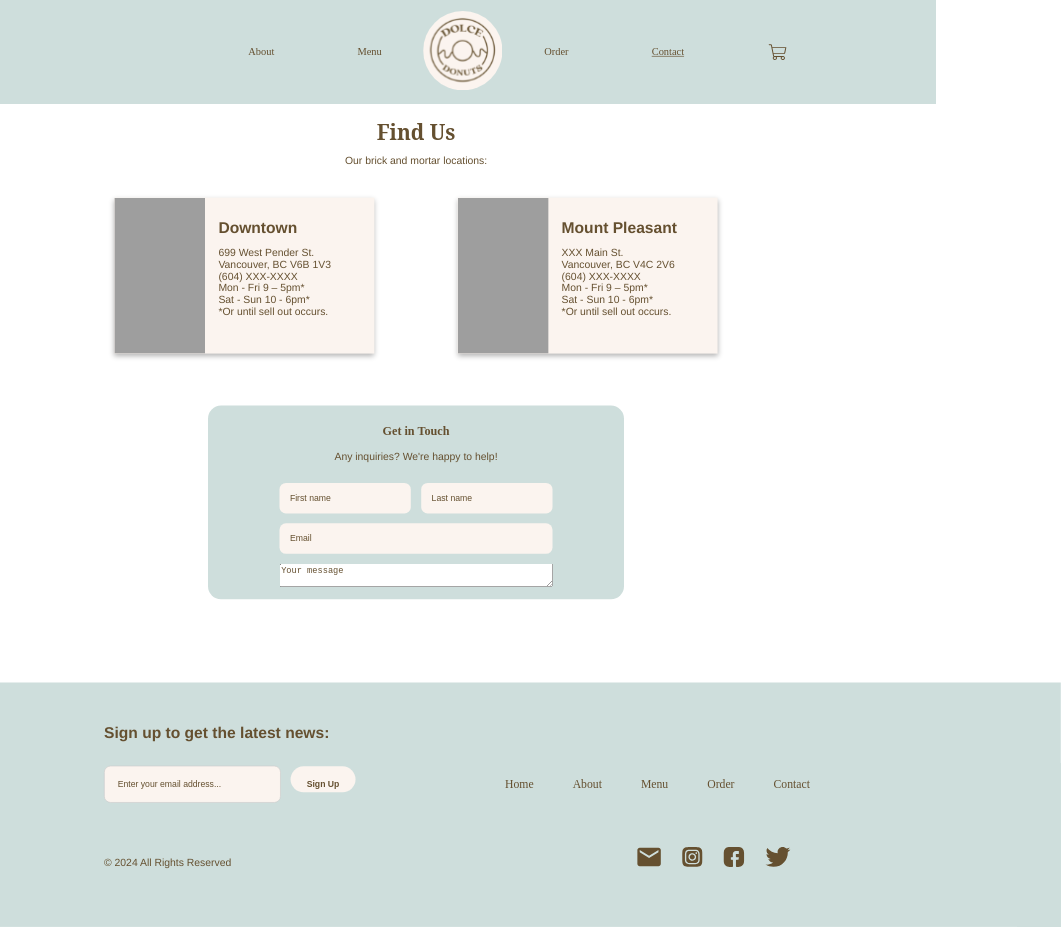
Repository: Crystalhtc/dolcedonuts
Page: /contact
These files come from the project's save history. The page is drawn as it stood at one moment and after a run of saves; the edit follows.
The browser window is 1280 px wide. The page is 1632 px wide, so the pictures cover 1632 px, including what lies to the right of the window. The pictures show the whole page, at 65% of full size.
Pictures or frames that could not be fetched are drawn as grey boxes. The project was rebuilt for these pictures with package versions that can differ from the ones it lists, and the page was loaded fresh each time. Also part of the build but not shown: vite.config.js, src/pages/Home.module.css, src/pages/Home.jsx, src/components/ProductCard/ProductCard.jsx, src/Data/products.js, src/pages/Order.css, src/pages/Menu.jsx, src/pages/Order.jsx and 13 more.

Above is the page before, as saved 2024-10-20 15:35:08.

After the next 2 saves:
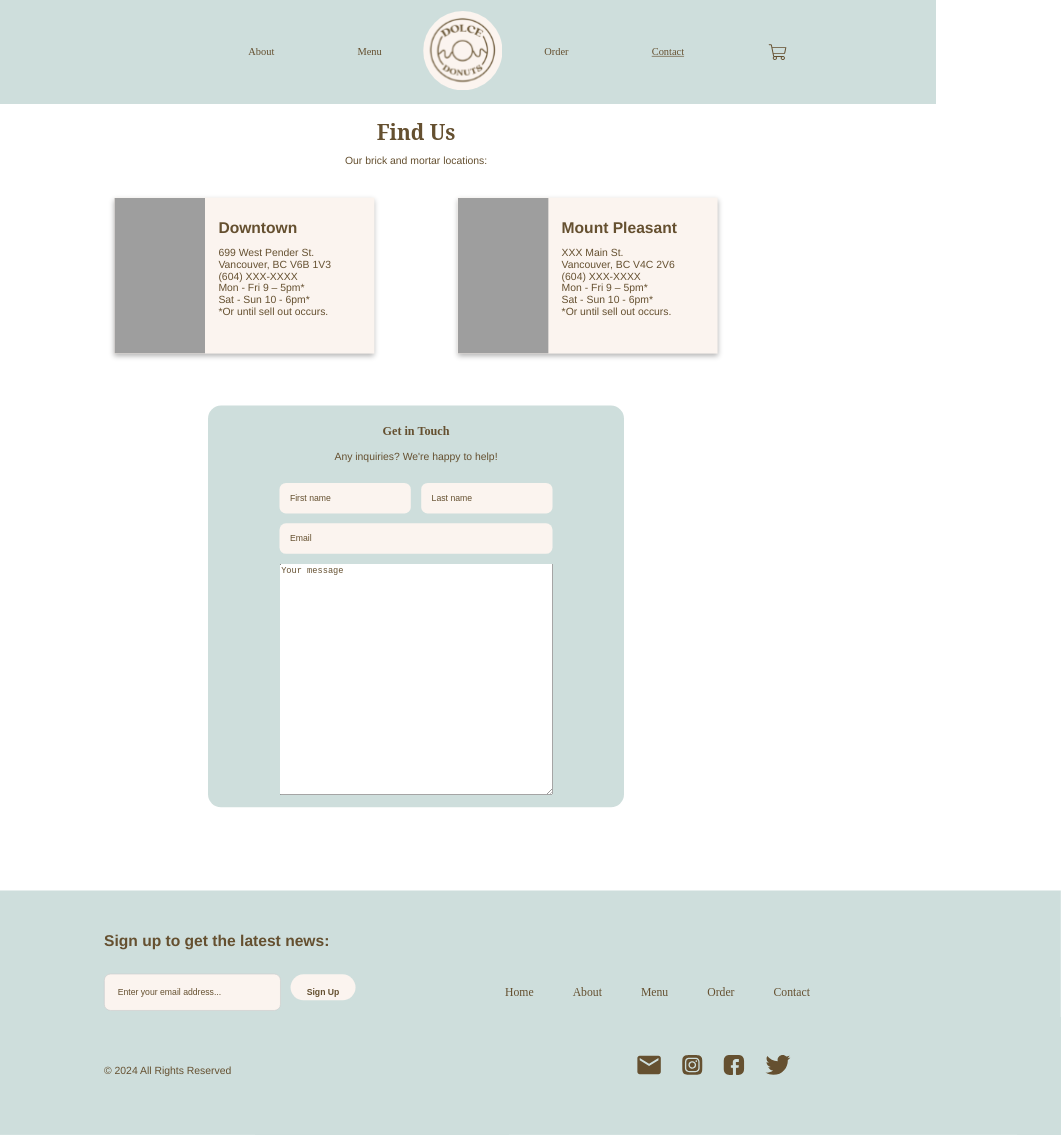
The 2 saves are shown as one change because they came seconds apart.
The last was saved 15 s later.
--- a/src/components/ContactUsForm/ContactForm.module.css
+++ b/src/components/ContactUsForm/ContactForm.module.css
@@ -36,7 +36,7 @@
 .messagePlaceholder {
     width: 415px;
     max-width: 415px;
-    height: ;
+    height: 350px;
 }
 
 form {
